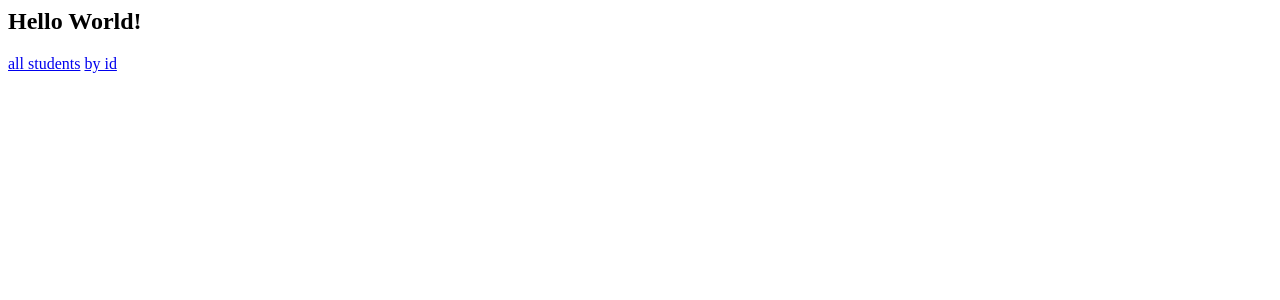
Repository: RameshMamidipelly/springMvc
Page: http://localhost/MVCcurd/
These files come from the project's save history. The page is drawn as it stood at one moment and after the next save; the edit follows.
The browser window is 1280 px wide. The pictures show the whole page.
The page is served by Tomcat 9.

Above is the page before, as saved 2020-03-06 11:35:39.

After the next save:
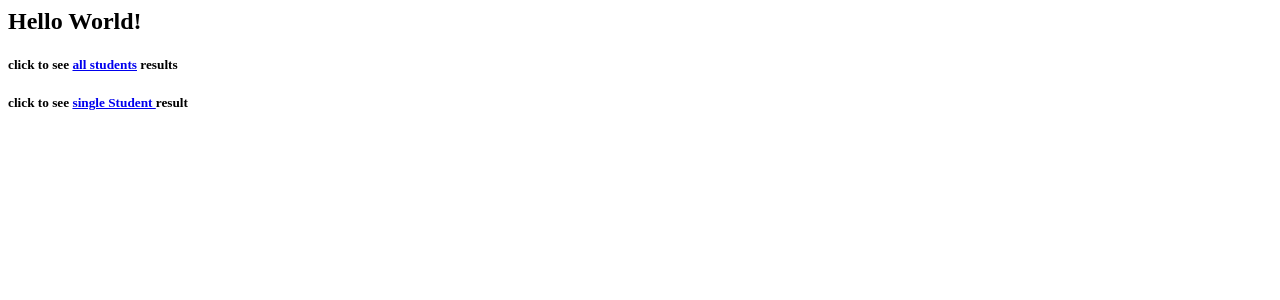
Saved 3 min 51 s later.
--- a/MVCcurd/src/main/webapp/index.jsp
+++ b/MVCcurd/src/main/webapp/index.jsp
@@ -1,7 +1,7 @@
 <html>
 <body>
 <h2>Hello World!</h2>
-<a href="./allStudents">all students</a>
-<a href="./search">by id</a>
+<h5>click to see <a href="./allStudents">all students</a> results</h5>
+<h5>click to see <a href="./search">single Student </a> result</h5>
 </body>
 </html>
